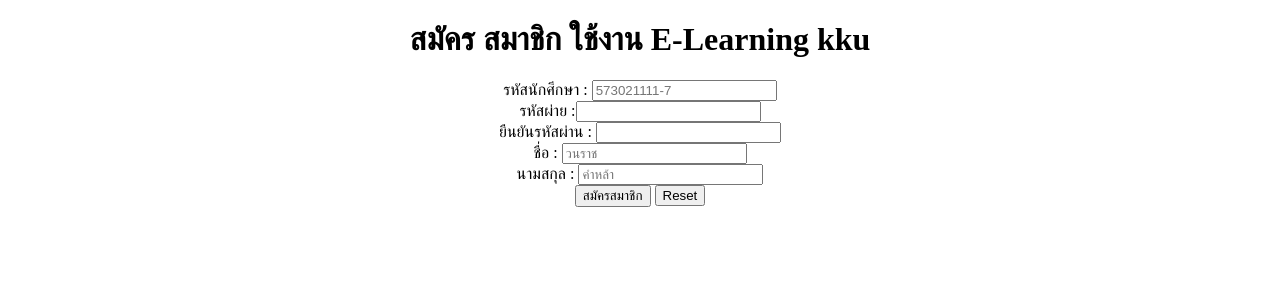
Repository: Wanaratkhamla/LabJavaWeb
Page: http://localhost/TestJoinTable/Register.jsp
These files come from the project's save history. The page is drawn as it stood at one moment and after the next save; the edit follows.
The browser window is 1280 px wide. The pictures show the whole page.
The page is served by Tomcat 9. Other server files are loaded and not shown.

Above is the page before, as saved 2017-02-28 18:28:23.

### TestJoinTable/WebContent/Register.jsp
<%@ page contentType="text/html; charset=utf-8" pageEncoding="utf-8"%>
<!DOCTYPE html PUBLIC "-//W3C//DTD HTML 4.01 Transitional//EN" "http://www.w3.org/TR/html4/loose.dtd">
<html>
<head>
<meta http-equiv="Content-Type" content="text/html; charset=ISO-8859-1">
<title>Insert title here</title>
</head>
<body>
	<h1 align="center">สมัคร สมาชิก ใช้งาน E-Learning kku</h1>
	<div align="center">
	<form action="Register" id="myform">
		รหัสนักศึกษา : <input type="text" name="SID" placeholder="573021111-7"><br>
		รหัสผ่าย :<input type="password" name="Password"> <br>ยืนยันรหัสผ่าน :
			<input type="password" name="Password1"><br> ชื่อ : <input type="text" name="fname" placeholder="วนราช"><br>
		นามสกุล : <input type="text" name="lname" placeholder="คำหล้า"><br>
		<button type="submit">สมัครสมาชิก</button>
		<button type="button" onclick="myFunction()">Reset</button>
	</form>
	</div>
	<script>
		function myFunction() {
			document.getElementById("myForm").reset();
		}
	</script>
</body>
</html>

After the next save:
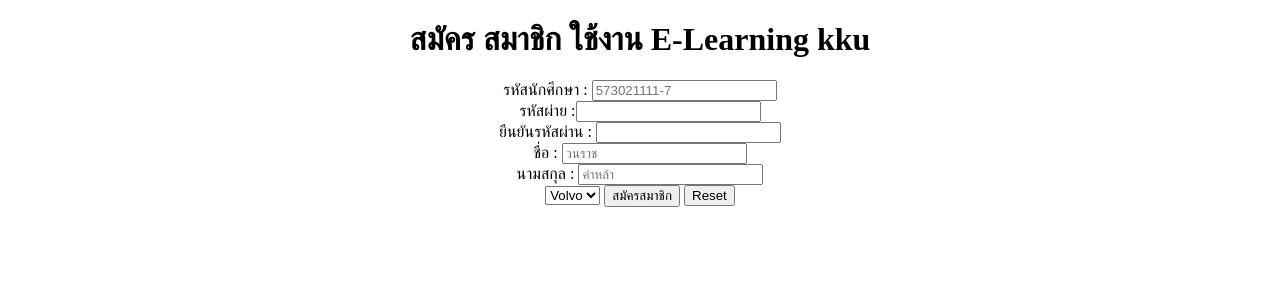
Saved 2 min 42 s later.
--- a/TestJoinTable/WebContent/Register.jsp
+++ b/TestJoinTable/WebContent/Register.jsp
@@ -8,14 +8,22 @@
 <body>
 	<h1 align="center">สมัคร สมาชิก ใช้งาน E-Learning kku</h1>
 	<div align="center">
-	<form action="Register" id="myform">
-		รหัสนักศึกษา : <input type="text" name="SID" placeholder="573021111-7"><br>
-		รหัสผ่าย :<input type="password" name="Password"> <br>ยืนยันรหัสผ่าน :
-			<input type="password" name="Password1"><br> ชื่อ : <input type="text" name="fname" placeholder="วนราช"><br>
-		นามสกุล : <input type="text" name="lname" placeholder="คำหล้า"><br>
-		<button type="submit">สมัครสมาชิก</button>
-		<button type="button" onclick="myFunction()">Reset</button>
-	</form>
+		<form action="Register" id="myform">
+			รหัสนักศึกษา : <input type="text" name="SID"
+				placeholder="573021111-7"><br> รหัสผ่าย :<input
+				type="password" name="Password"> <br>ยืนยันรหัสผ่าน : <input
+				type="password" name="Password1"><br> ชื่อ : <input
+				type="text" name="fname" placeholder="วนราช"><br>
+			นามสกุล : <input type="text" name="lname" placeholder="คำหล้า"><br>
+			<select>
+				<option value="volvo">Volvo</option>
+				<option value="saab">Saab</option>
+				<option value="opel">Opel</option>
+				<option value="audi">Audi</option>
+			</select>
+			<button type="submit">สมัครสมาชิก</button>
+			<button type="button" onclick="myFunction()">Reset</button>
+		</form>
 	</div>
 	<script>
 		function myFunction() {
